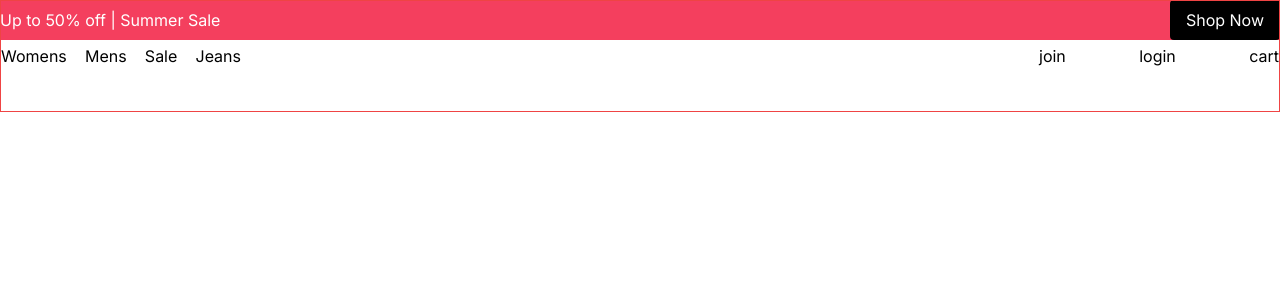
Repository: harrywebb21/stil-clothing
Page: /
The author's editor kept a copy of each file at every save. The page is drawn from the files as they stood at one save, then again after the next save.
The browser window is 1280 px wide. The pictures show the whole page.
The project was rebuilt for these pictures with package versions that can differ from the ones it lists, and the page was loaded fresh each time. The framework's server and built-in components were replaced by stand-ins that run in the browser. Also part of the build but not shown: next.config.js.

Above is the page before, as saved 2023-06-08 15:54:00.

After the next save:
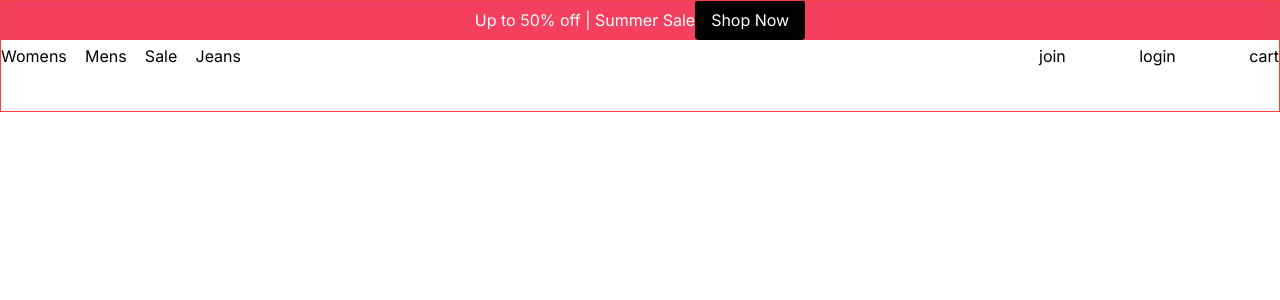
Saved 17 s later.
--- a/src/app/components/SaleBox.js
+++ b/src/app/components/SaleBox.js
@@ -1,6 +1,6 @@
 export default function SaleBox() {
   return (
-    <div className="flex justify-between items-center w-60 bg-rose-500 text-white w-screen">
+    <div className="flex justify-center items-center w-60 bg-rose-500 text-white w-screen ">
       <h1> Up to 50% off | Summer Sale</h1>
       <button className="bg-black text-white px-4 py-2 rounded">
         Shop Now
